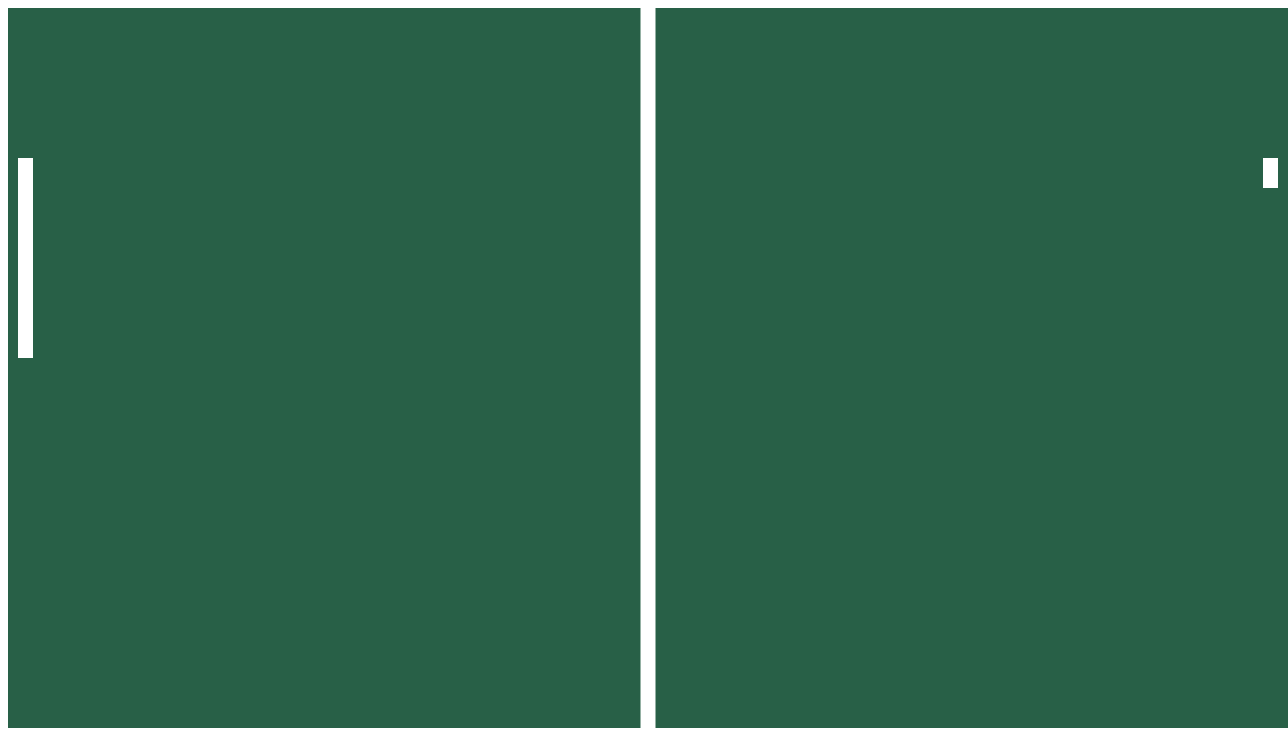
Repository: AkirahCarvalho/ping_pong
Page: index.html
These files come from the project's save history. The page is drawn as it stood at one moment and after the next save; the edit follows.
The browser window is 1280 px wide. The page is 1288 px wide, so the pictures cover 1288 px, including what lies to the right of the window. The pictures show the whole page.

Above is the page before, as saved 2024-03-26 16:05:23.

After the next save:
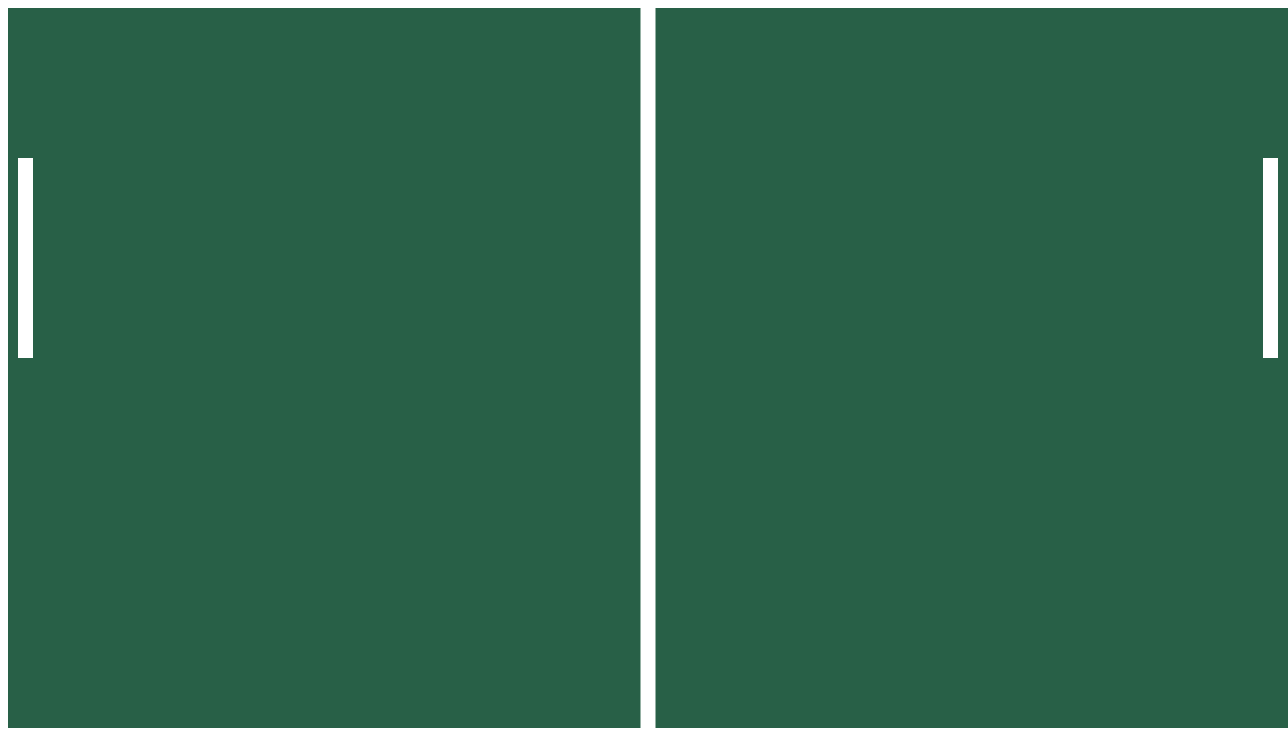
Saved 18 s later.
--- a/index.html
+++ b/index.html
@@ -36,7 +36,7 @@
           //desenhando raquete esquerda
             canvasCtx.fillRect(10, 150, lineWidth, 200)
             //desenhando raquete direita
-            canvasCtx.fillRect(window.innerWidth-lineWidth-10, 150, lineWidth, 30)
+            canvasCtx.fillRect(window.innerWidth-lineWidth-10, 150, lineWidth, 200)
         }
 
         setup()
